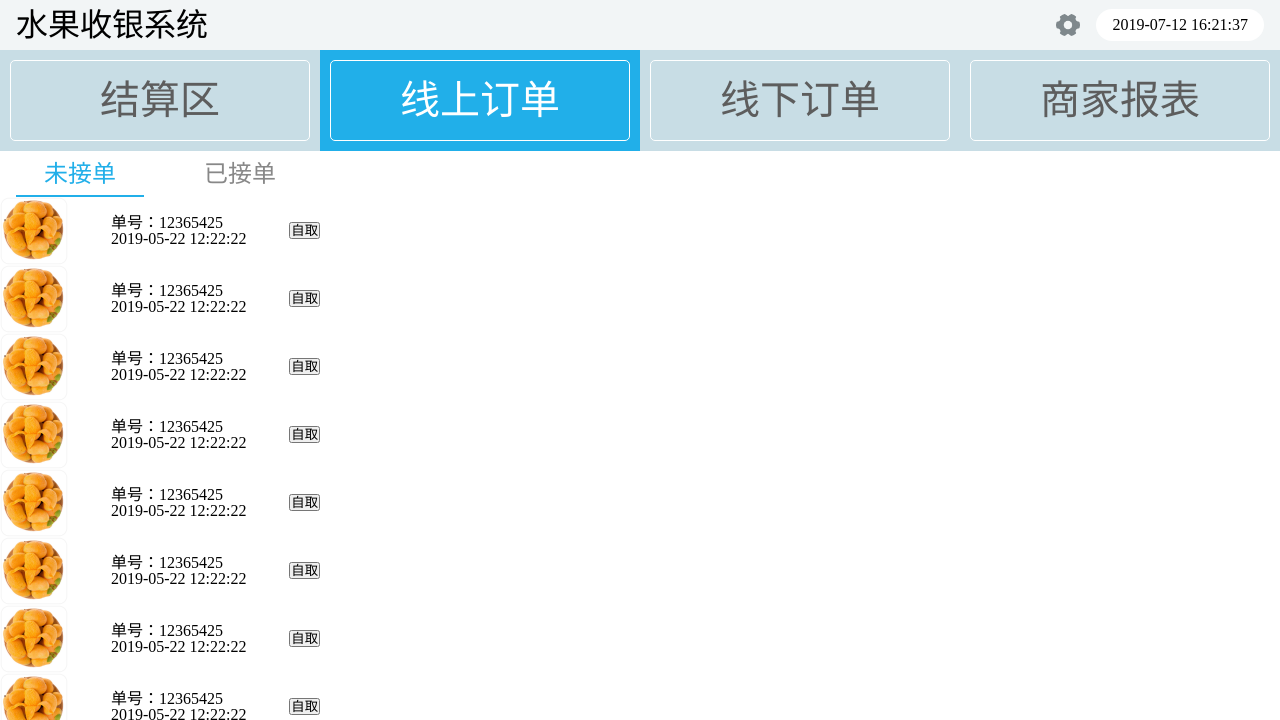
Repository: missing-star/fruit
Page: index.html
The author's editor kept a copy of each file at every save. The page is drawn from the files as they stood at one save, then again after the next save.
The browser window is 1280 px wide. The pictures show the whole page.

Above is the page before, as saved 2019-07-12 16:28:06.

After the next save:
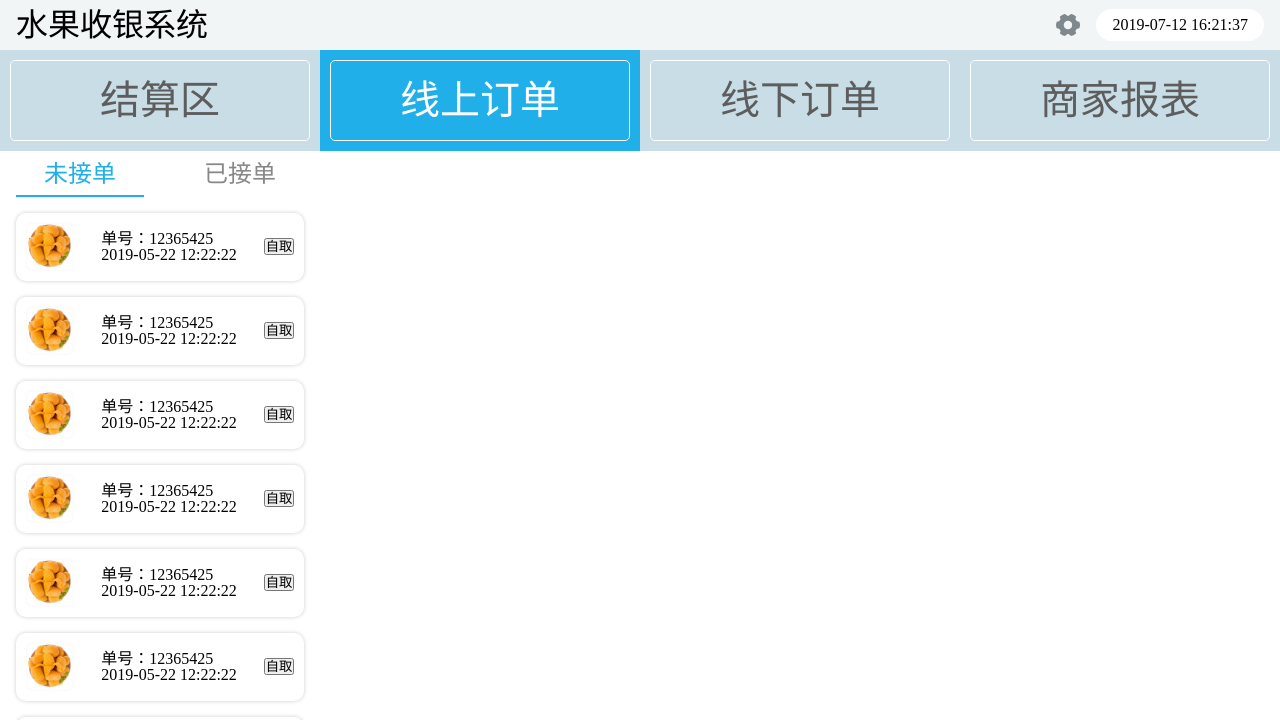
Saved 106 s later.
--- a/css/index.css
+++ b/css/index.css
@@ -357,13 +357,12 @@ li.order-item {
     display: flex;
     align-items: center;
     justify-content: space-between;
-}
-li.order-item {
-    display: flex;
-    align-items: center;
-    justify-content: space-between;
     height: 13%;
     font-size: 1rem;
+    box-shadow: 0px 0px 4px 0px rgba(0,0,0,0.2);
+    border-radius: 10px;
+    margin: 1rem;
+    padding: 0.6rem;
 }
 img.order-goods-pic{
     height: 100%;
